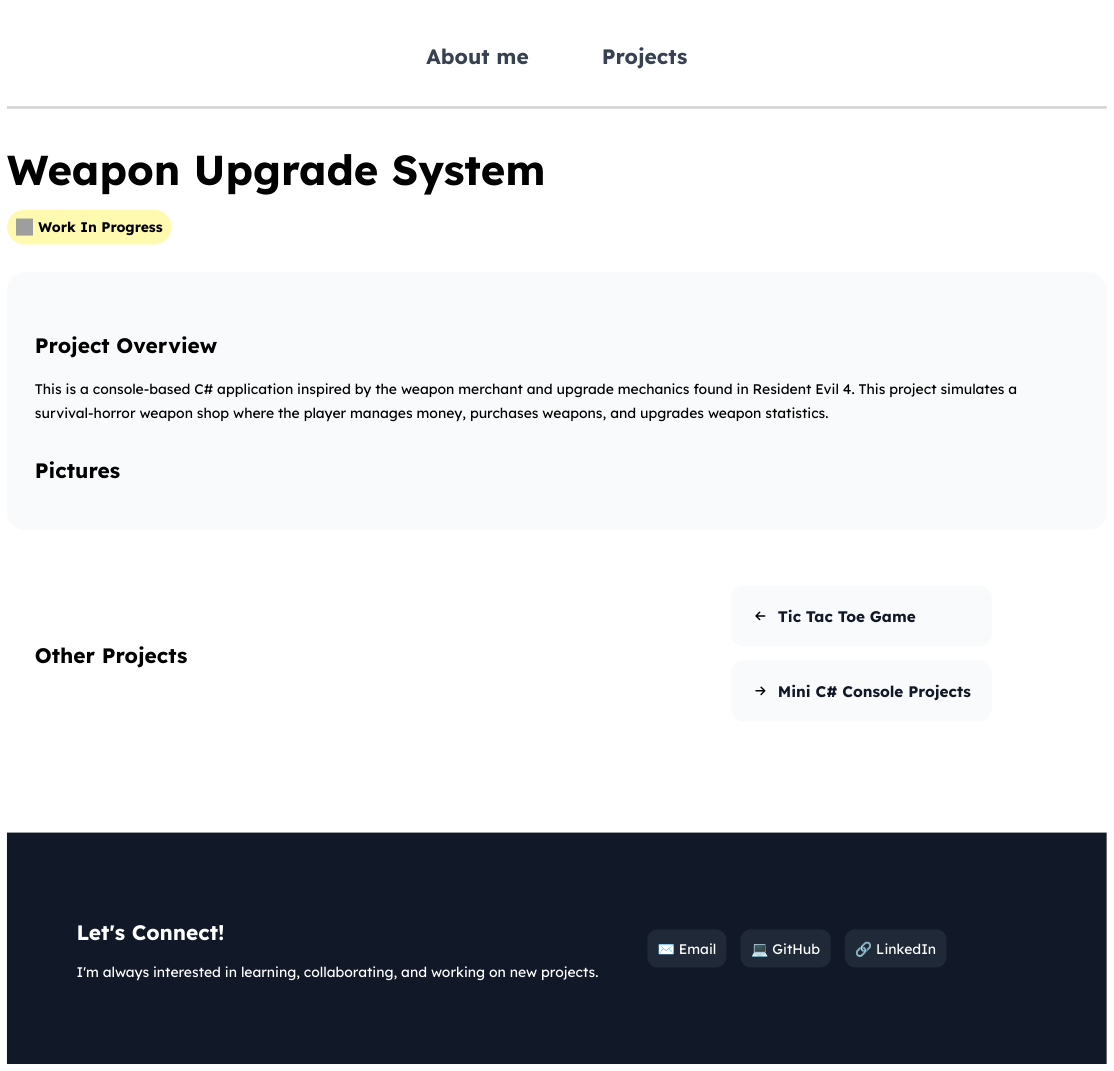
Repository: perrybalaba/perrybalaba
Page: pages/weapon-upgrade.html
An editor plug-in stored every save of this project. The page is shown before and after the next save, followed by the edit.
The browser window is 1280 px wide. The pictures show the whole page, at 87% of full size.
Pictures or frames that could not be fetched are drawn as grey boxes.

Above is the page before, as saved 2026-05-14 18:28:11.

### pages/weapon-upgrade.html
<!DOCTYPE html>
<html lang="en">
<head>
    <meta charset="UTF-8">
    <meta name="viewport" content="width=device-width, initial-scale=1.0">
    <title> Perry's Portfolio </title>
    <link rel="stylesheet" href="../styles/projects.css"/>
    <link rel="stylesheet" href="../styles/globals.css"/>
</head>
<body>
    <main>
        <!-- NAVIGATION BAR -->
        <nav class="Nav-Bar">
            <ul>
                <li><a href="../index.html"> About me </a></li>
                <li><a href="../pages/weapon-upgrade.html"> Projects </a></li>
            </ul>
        </nav>
        <!-- INFO -->
        <div class="Project-Info">
            <div class="Project-Info-Container">
                <h2> Weapon Upgrade System </h2>
                <div class="Project-Stats">
                    <span class="Work-In-Progress">
                        <img src="../assets/images/clock-svgrepo-com.svg" alt="in progress"/>
                        Work In Progress
                    </span>
                </div>
                <div class="Project-Info-Card">
                    <h3> Project Overview </h3>
                        <p>
                            This is a console-based C# application inspired by the weapon merchant and upgrade mechanics
                            found in Resident Evil 4. This project simulates a survival-horror weapon shop where the player
                            manages money, purchases weapons, and upgrades weapon statistics.
                        </p>
                    <h3> Pictures </h3>
                </div>
            </div>

        </div>

        <!-- MORE PROJECTS -->
        <div class="Other-Projects">
            <h2> Other Projects </h2>
            <div class="Other-Projects-Container">
                <div class="Other-Projects-Card Left-Card">
                    <a href="./tic-tac-toe.html">
                    <img src="../assets/images/arrow-sm-left-svgrepo-com.svg">
                    Tic Tac Toe Game
                    </a>
                </div>

                <div class="Other-Projects-Card Right-Card">
                    <a href="./console-projects.html">
                    <img src="../assets/images/arrow-sm-right-svgrepo-com.svg">
                    Mini C# Console Projects
                    </a>
                </div>
            </div>
        </div>


        <!-- CONTACT -->
        <div class="Contact">
            <div class="Contact-Container">
                <div class="Contact-Text">
                    <h2> Let's Connect! </h2>
                    <p>
                        I'm always interested in learning, collaborating, and working on new projects.
                    </p>
                </div>

                <div class="Contact-Links">
                    <a href="mailto:balabaperry@gmail.com"> ✉️ Email</a>
                    <a href="https://github.com/perrybalaba"> 💻 GitHub </a>
                    <a href="https://www.linkedin.com/in/ann-karen-balaba-46b839387/"> 🔗 LinkedIn</a>
                </div>
            </div>
        </div>

    </main>
</body>
</html>

### styles/projects.css
/* NAVIGATION BAR */
.Nav-Bar {
    padding: 1rem;
    border-bottom: 3px solid lightgray;
}

nav ul {
    list-style: none;
    display: flex;
    justify-content: center;
    flex-wrap: wrap;
    gap: 2rem;
    padding: 0;
}

nav ul li a {
    display: block;
    text-align: center;
    padding: .75rem 1rem;
    text-decoration: none;
    color: #374151;
    font-weight: bold;
    padding: 10px;
    border-radius: 10px;
    font-size: 1rem;
    transition: 0.2s;
}

nav ul li a:hover {
    transform: scale(1.08);
    background-color: #f3f4f6;
    color: black;
}

/* PROJECT */
.Other-Projects {
    max-width: 1100px;
    margin: 0;
    padding: 2rem;
}

.Project-Info-Container h2 {
    font-size: 3rem;
    margin-bottom: 1rem;
}

.Project-Stats {
    display: flex;
    gap: 1rem;
    flex-wrap: wrap;
    margin-bottom: 2rem;
}

.Work-In-Progress {
    display: flex;
    align-items: center;
    gap: 6px;
    background-color: #fffaaf;
    padding: 10px;
    border-radius: 1000px;
    font-weight: bold;
}

.Work-In-Progress img {
    width: 20px;
    height: 20px;
}

.Project-Info-Card {
    background-color: #f9fafb;
    padding: 2rem;
    border-radius: 20px;
    line-height: 1.7;
}

.Project-Info-Card h3 {
    font-size: 1.5rem;
    margin-bottom: 1rem;
    margin-top: 2rem;
}

/* OTHER PROJECTS */
.Other-Projects {
    margin-top: 4rem;
    display: flex;
    justify-content: space-between;
    align-items: center;
    width: 100%;
    margin-top: 2rem;
}

.Other-Projects h2 {
    margin-bottom: 2rem;
}

.Other-Projects-Card {
    background-color: #f9fafb;
    padding: 1.5rem;
    border-radius: 15px;
    margin-bottom: 1rem;
    transition: 0.2s ease;
}

.Other-Projects-Card:hover {
    transform: translateY(-5px);
    background-color: #f3f4f6;
}

.Other-Projects-Card a {
    text-decoration: none;
    color: #111827;
    font-weight: bold;
    font-size: 1.1rem;
    display:flex;
    align-items: center;
    gap: 10px;
}

.Other-Projects-Card img {
    width: 20px;
    height: 20px;
    transition: transform 0.2s ease;
}

.Left-Card:hover img {
    transform: translateX(-3px);
}

.Right-Card:hover img {
    transform: translateX(3px);
}

/* CONTACT */
.Contact {
    background-color: #111827;
    color: white;
    padding: 5rem;
    margin-top: 5rem;
}

.Contact-Container {
    display: flex;
    justify-content: space-between;
    align-items: center;
    max-width: 1000px;
    margin: 0;
    flex-wrap: wrap;
    gap: 2rem;
}

.Contact-Links {
    display: flex;
    gap: 1rem;
    flex-wrap: wrap;
}

.Contact-Links a {
    text-decoration: none;
    background-color: #1F2937;
    color: white;
    padding: 12px;
    border-radius: 12px;
    transition: 0.2s ease;
}

.Contact-Links a:hover {
    background-color: #374151;
    transform: scale(1.03);
}

### styles/globals.css
/* FONTS */
@font-face {
    font-family: "NotoSans";
    src: url(../assets/fonts/Noto_Sans/NotoSans-VariableFont_wdth\,wght.ttf);
}

@font-face {
    font-family: "Lexend";
    src: url(../assets/fonts/Lexend_Deca\,Noto_Sans/Lexend_Deca/LexendDeca-VariableFont_wght.ttf);
}

.Home-Header {
    font-family: "NotoSans";
}

.Nav-Bar {
    font-family: "Lexend";
}

main {
    font-family: "Lexend";
}

/* TABLET DESIGN */
@media (min-width: 768px) {
    /* NAVIGATION BAR */
    nav ul li a {
        font-size: 1.3rem;
    }

    /* HEADER */
    .Home-Header {
        font-size: 2.2rem;
    }

    /* ABOUT ME */
    .Info {
        flex-direction: row;
        justify-content: center;
        align-items: center;
        gap: 2rem;
        padding: 2rem;
    }

    .Description {
        width: 60%;
        max-width: 600px;
    }

    .Info img {
        max-width: 300px;
        width: 40%;
    }

    /* SKILLS */
    .Skill-Card {
        width: 260px;
    }

    .Skill-Icons img {
        width: 50px;
        height: 50px;
    }
}

/* DESKTOP */
@media (min-width: 1024px) {

    /* NAVIGATION */
    nav ul {
        gap: 4rem;
    }

    nav ul li a {
        font-size: 1.5rem;
    }

    /* ABOUT ME */
    .Info {
        gap: 5rem;
        padding: 4rem;
        justify-content: center;
        flex-direction: row;
        align-items: center;
    }

    .Description {
        max-width: 650px;
        font-size: 1.2rem;
        display: flex;
        flex-direction: column;
        align-items: center;
        justify-content: center;
        gap: 1rem;
    }

    .Info img {
        max-width: 500px;
    }

    .Home-Header {
        font-size: 4rem;
    }

    /* SKILLS */
    .Skill-Container {
        gap: 3rem;
    }

    .Skill-Card {
        width: 280px;
    }

    .Skill-Icons img {
        width: 80px;
        height: 80px;
    }

    /* SKILLS */
    .Projects-Container {
        display: flex;
        flex-direction: column;
        align-items: center;
    }

    .Project-Card {
        width: 100%;
        max-width: 850px;
        margin: 0 auto;
    }
}

After the next save:
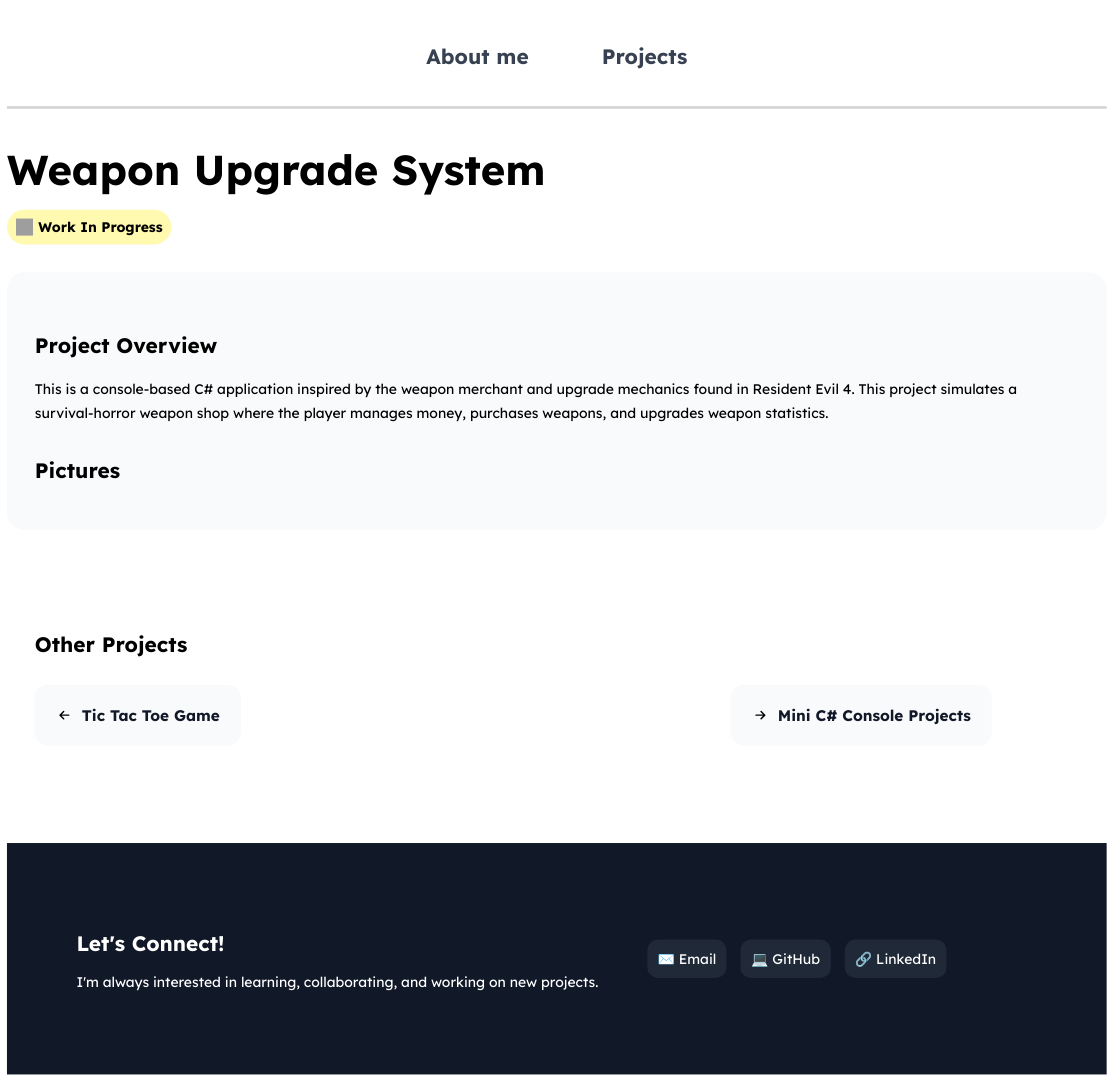
Saved 84 s later.
--- a/styles/projects.css
+++ b/styles/projects.css
@@ -82,6 +82,9 @@ nav ul li a:hover {
 /* OTHER PROJECTS */
 .Other-Projects {
     margin-top: 4rem;
+}
+
+.Other-Projects-Container {
     display: flex;
     justify-content: space-between;
     align-items: center;
@@ -97,7 +100,7 @@ nav ul li a:hover {
     background-color: #f9fafb;
     padding: 1.5rem;
     border-radius: 15px;
-    margin-bottom: 1rem;
+    width: fit-content;
     transition: 0.2s ease;
 }
 
